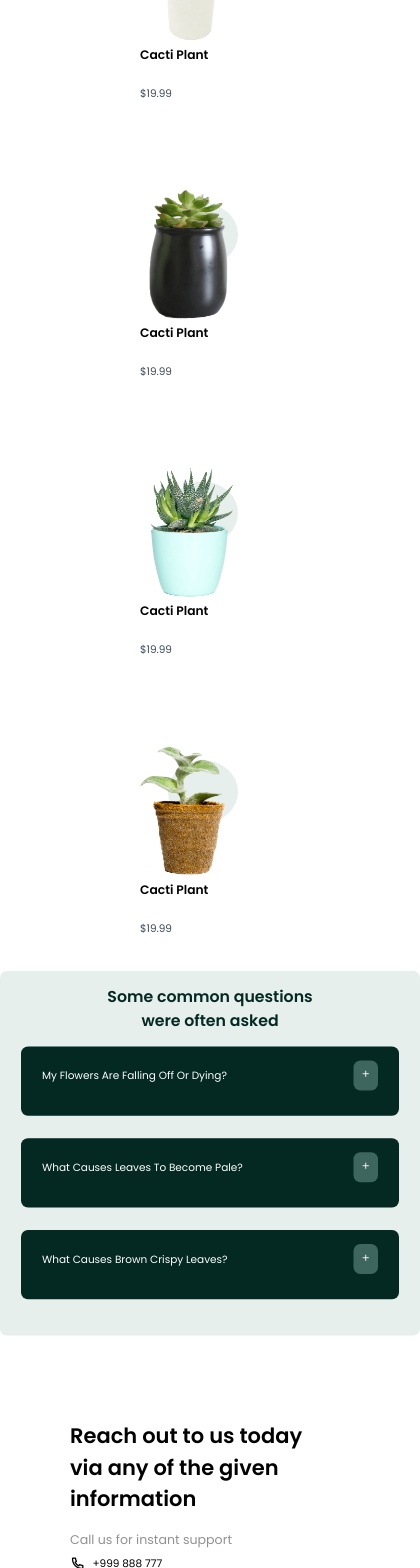
Repository: OmniaRafat232111121/plantwebsite
Page: index.html
The author's editor kept a copy of each file at every save. The page is drawn from the files as they stood at one save, then again after a run of saves.
The browser window is 600 px wide. The pictures show the part of the page from y = 4260 to 6500 px (the page is 7720 px tall before and 7729 px after), at 70% of full size.

Above is the page before, as saved 2023-01-05 17:22:34.

After the next 3 saves:
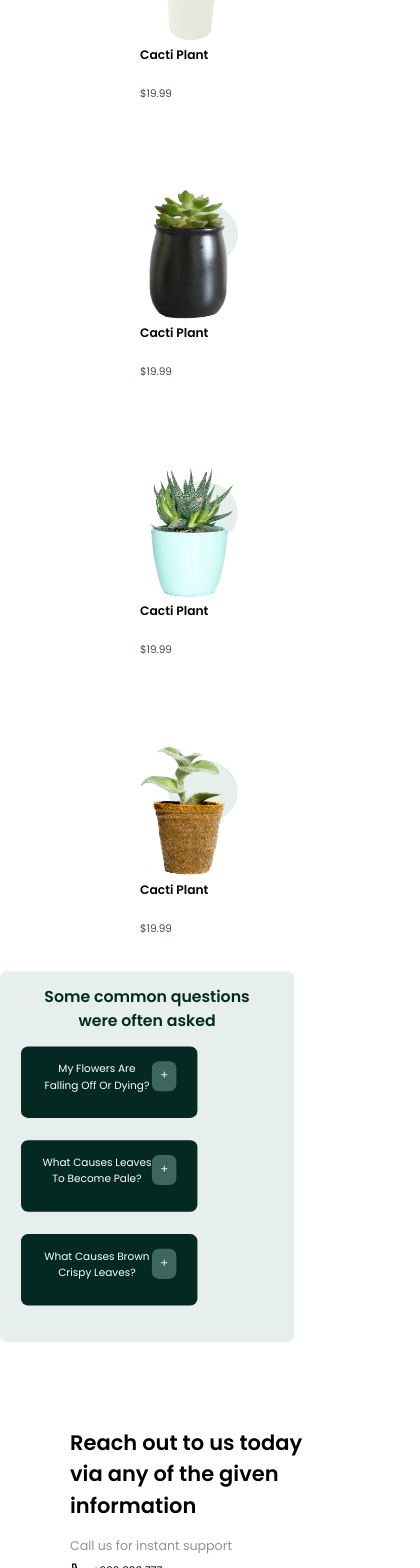
The 3 saves are shown as one change because they came seconds apart.
The last was saved 9 s later.
--- a/assets/css/styles.css
+++ b/assets/css/styles.css
@@ -647,7 +647,8 @@
 }
 @media(max-width:767px){
   .question{
-    width:
+    width:70%;
+    text-align: center;
   }
 }
 /*=============== Contact ===============*/

After the save that followed:
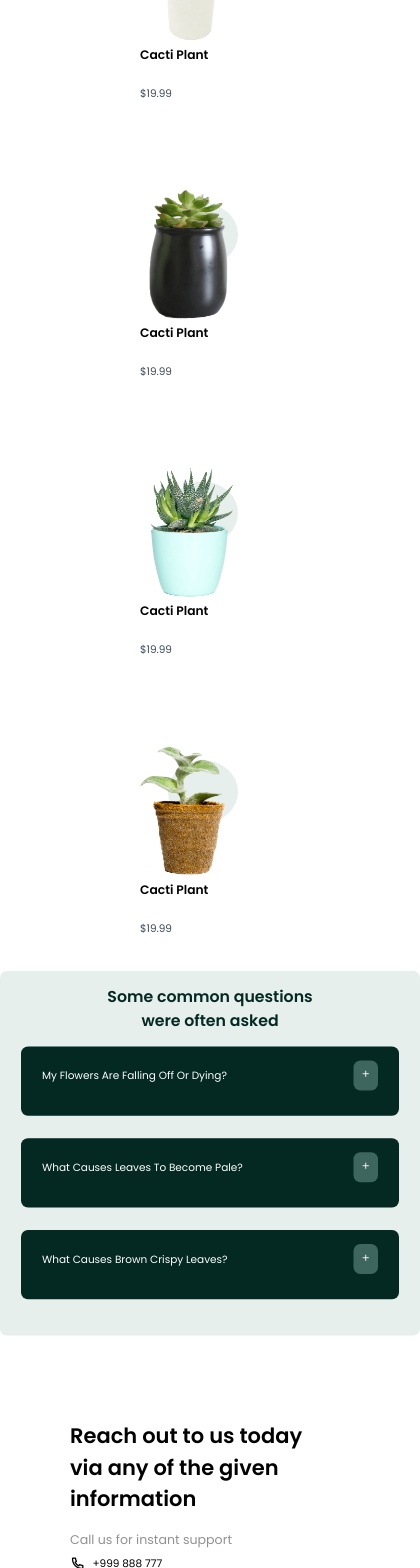
Saved 9 s later.
--- a/assets/css/styles.css
+++ b/assets/css/styles.css
@@ -647,7 +647,7 @@
 }
 @media(max-width:767px){
   .question{
-    width:70%;
+    width:100%;
     text-align: center;
   }
 }
